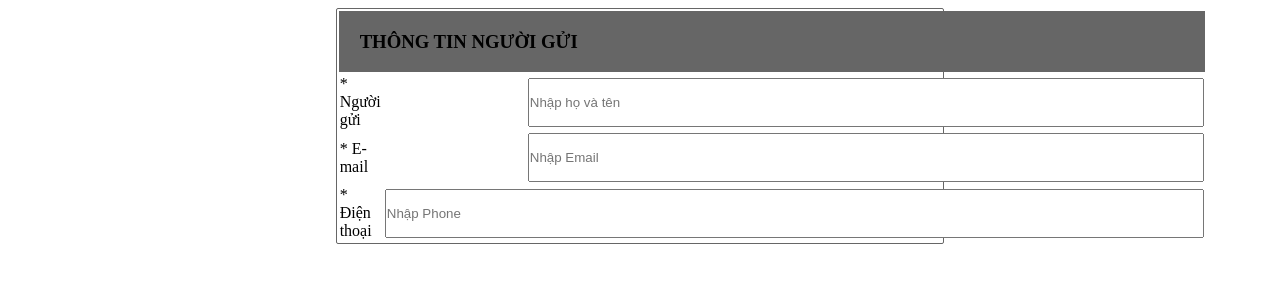
Repository: Tan-Khang21/TH_TKW--Buoi_04
Page: Bai_Tap_Mau/Bai_01/Bai_01.html
An editor plug-in stored every save of this project. The page is shown before and after the next save, followed by the edit.
The browser window is 1280 px wide. The pictures show the whole page.

Above is the page before, as saved 2024-03-05 20:21:23.

After the next save:
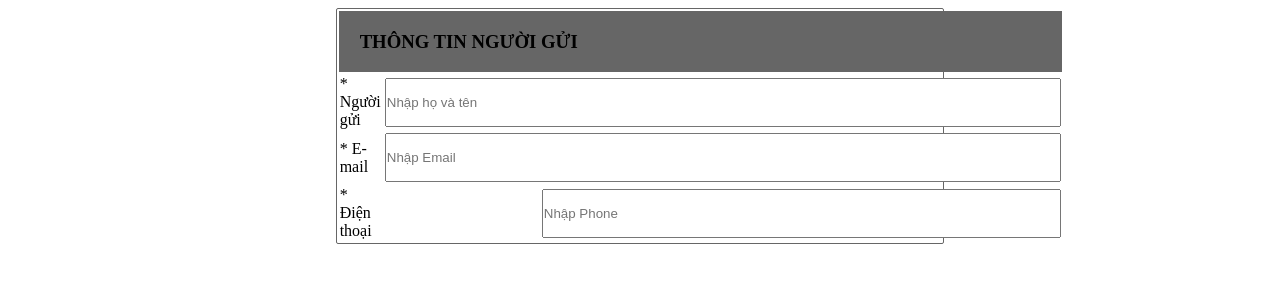
Saved 4 s later.
--- a/Bai_Tap_Mau/Bai_01/Bai_01.html
+++ b/Bai_Tap_Mau/Bai_01/Bai_01.html
@@ -28,7 +28,7 @@
         <tr>
           <td>* Điện thoại</td>
           <td align="right">
-            <input style=" padding: 15px; padding-left: 0; width: 800px;" type="number" placeholder="Nhập Phone"  />
+            <input style=" padding: 15px; padding-left: 0; width: 500px;" type="number" placeholder="Nhập Phone"  />
           </td>
         </tr>
 

After the save that followed:
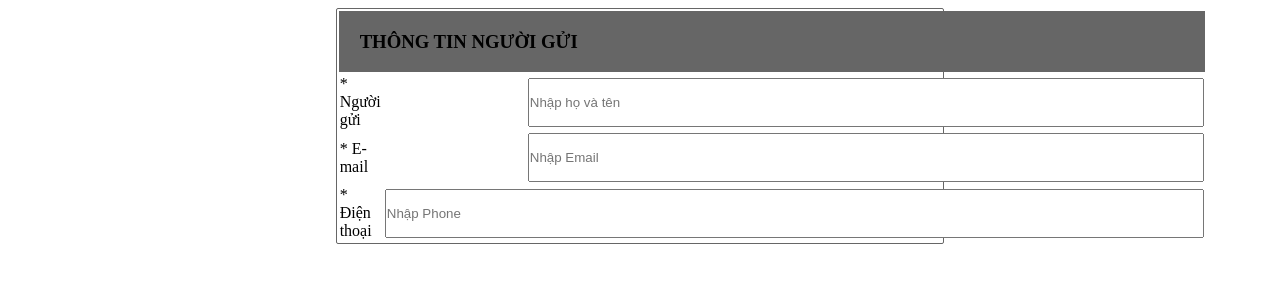
Saved 8 s later.
--- a/Bai_Tap_Mau/Bai_01/Bai_01.html
+++ b/Bai_Tap_Mau/Bai_01/Bai_01.html
@@ -28,7 +28,7 @@
         <tr>
           <td>* Điện thoại</td>
           <td align="right">
-            <input style=" padding: 15px; padding-left: 0; width: 500px;" type="number" placeholder="Nhập Phone"  />
+            <input style=" padding: 15px; padding-left: 0; width: 800px;" type="number" placeholder="Nhập Phone"  />
           </td>
         </tr>
 
